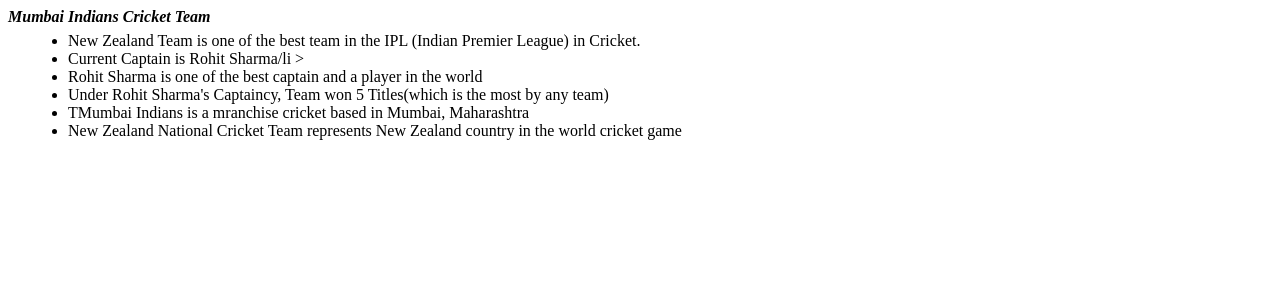
Repository: devanshudave1901/DevanshuDave_Sec002_ICE-05
Page: InfoFiles/mumbaiIndiansTeam.html
The author's editor kept a copy of each file at every save. The page is drawn from the files as they stood at one save, then again after the next save.
The browser window is 1280 px wide. The pictures show the whole page.

Above is the page before, as saved 2022-03-20 21:13:40.

After the next save:
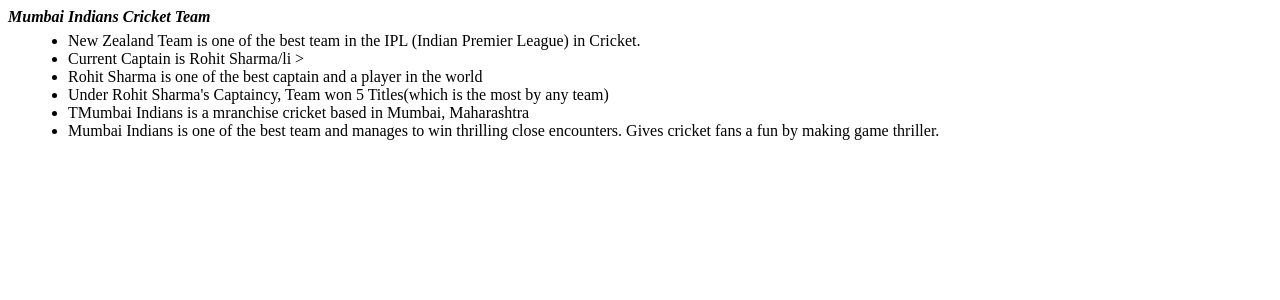
Saved 76 s later.
--- a/InfoFiles/mumbaiIndiansTeam.html
+++ b/InfoFiles/mumbaiIndiansTeam.html
@@ -12,7 +12,7 @@
 ><li > Rohit Sharma is one of the best captain  and a player in the world</li>
 <li>Under Rohit Sharma's Captaincy, Team won 5 Titles(which is the most by any team)</li>
 <li>TMumbai Indians is a mranchise cricket based in Mumbai, Maharashtra</li>
-<li >New Zealand National Cricket Team represents New Zealand country in the world cricket game </li>
+<li >Mumbai Indians is one of the best team and manages to win thrilling close encounters. Gives cricket fans a fun by making game thriller.</li>
 </div>
 </body>
 </html>
